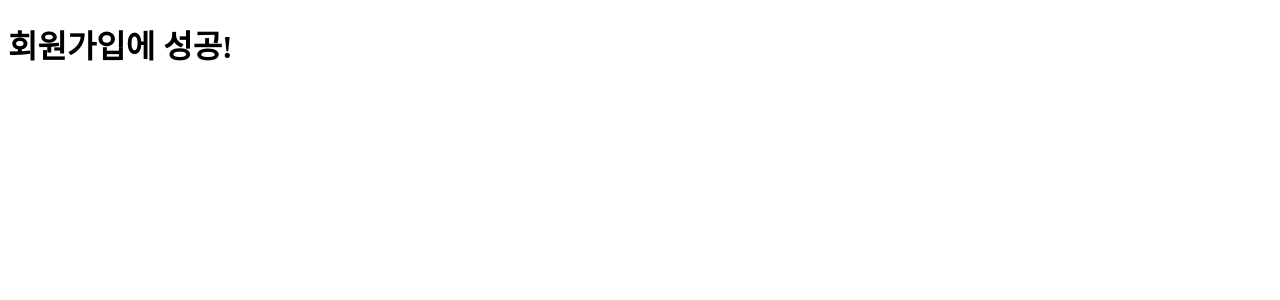
Repository: saahhh/Servlet-JSP-Workspace
Page: http://localhost/join/register_success.jsp
These files come from the project's save history. The page is drawn as it stood at one moment and after the next save; the edit follows.
The browser window is 1280 px wide. The pictures show the whole page.
The page is served by Tomcat 9. Other server files are loaded and not shown.

Above is the page before, as saved 2023-11-07 02:11:23.

### join/src/main/webapp/register_success.jsp
<%@ page language="java" contentType="text/html; charset=EUC-KR"
    pageEncoding="EUC-KR"%>
<!DOCTYPE html>
<html>
<head>
<meta charset="EUC-KR">
<title>Insert title here</title>
</head>
<body>
<h1>회원가입에 성공!</h1>
</body>
</html>

After the next save:
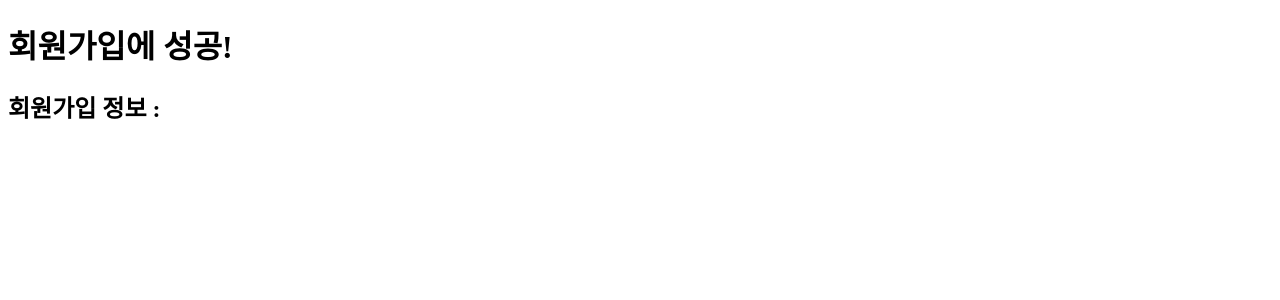
Saved 5 min 27 s later.
--- a/join/src/main/webapp/register_success.jsp
+++ b/join/src/main/webapp/register_success.jsp
@@ -4,9 +4,10 @@
 <html>
 <head>
 <meta charset="EUC-KR">
-<title>Insert title here</title>
+<title>회원가입 성공하셨습니다.</title>
 </head>
 <body>
 <h1>회원가입에 성공!</h1>
+<h2>회원가입 정보 : </h2>
 </body>
 </html>
